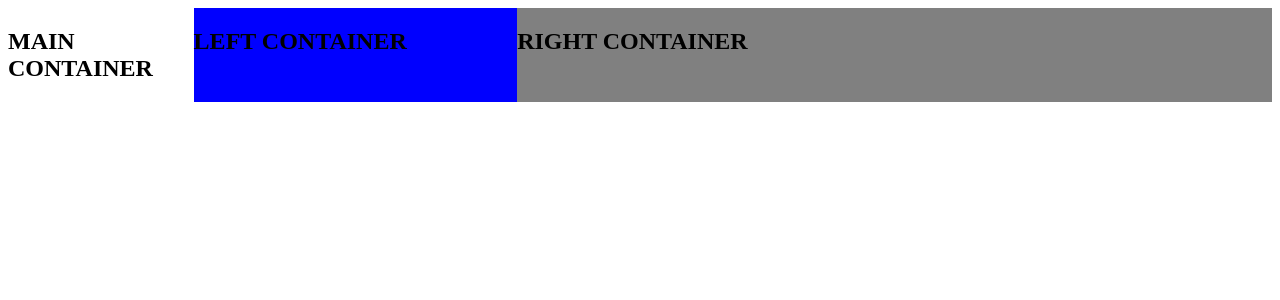
Repository: arindamslt/JEECoding
Page: JEE_FRONTEND/src/main/webapp/10Nav.html
These files come from the project's save history. The page is drawn as it stood at one moment and after the next save; the edit follows.
The browser window is 1280 px wide. The pictures show the whole page.

Above is the page before, as saved 2025-07-15 14:28:23.

After the next save:
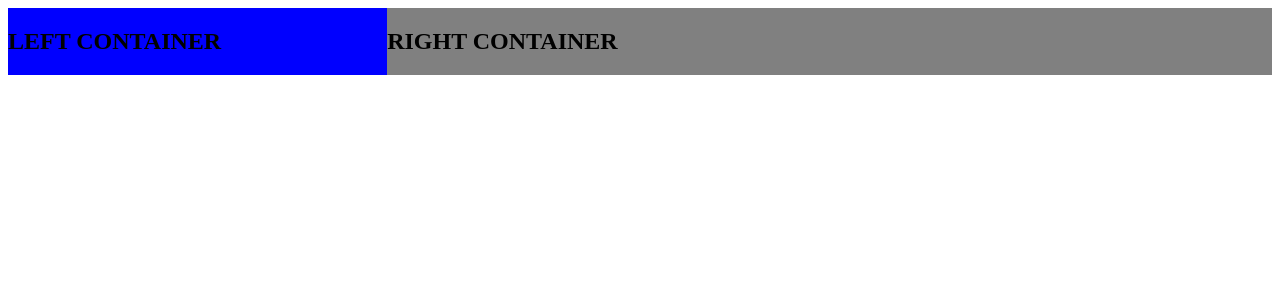
Saved 34 s later.
--- a/JEE_FRONTEND/src/main/webapp/10Nav.html
+++ b/JEE_FRONTEND/src/main/webapp/10Nav.html
@@ -7,7 +7,7 @@
 </head>
 <body>
 <div id="mnConatiner">
-	<h2>MAIN CONTAINER</h2>
+
 	<div id="lftContainer">
 		<h2>LEFT CONTAINER</h2>
 	</div>
